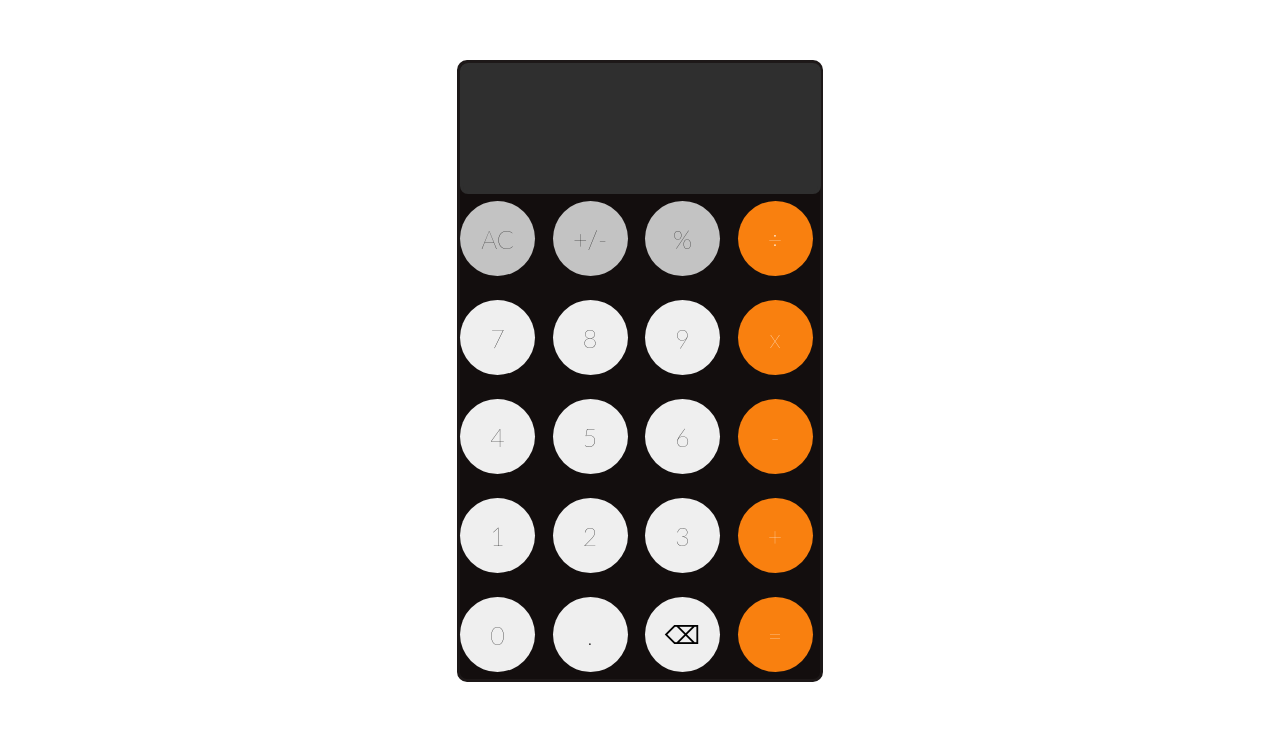
Repository: MhlengiNgubane/BrainnestJsTwo
Page: index.html
The author's editor kept a copy of each file at every save. The page is drawn from the files as they stood at one save, then again after the next save.
The browser window is 1280 px wide. The pictures show the whole page.

Above is the page before, as saved 2022-09-11 17:22:15.

After the next save:
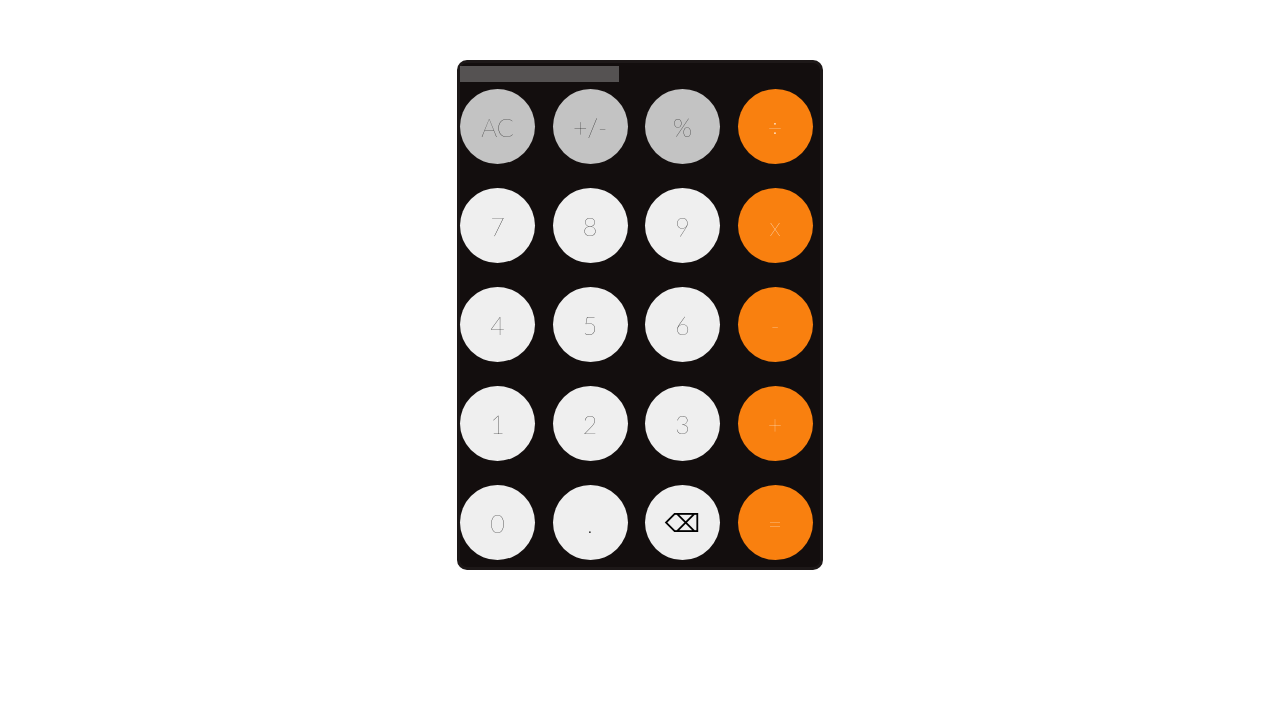
Saved 103 s later.
--- a/index.html
+++ b/index.html
@@ -10,7 +10,7 @@
 </head>
     <body>
         <div class = "calculator">
-            <div class = "display"><p></p></div>
+            <input type="text" class="input" value="" disabled />
             <div class = "buttons">
                 <button id = "AC" value="AC">AC</button>
                 <button id = "plus_minus" value="+/-">+/-</button>
